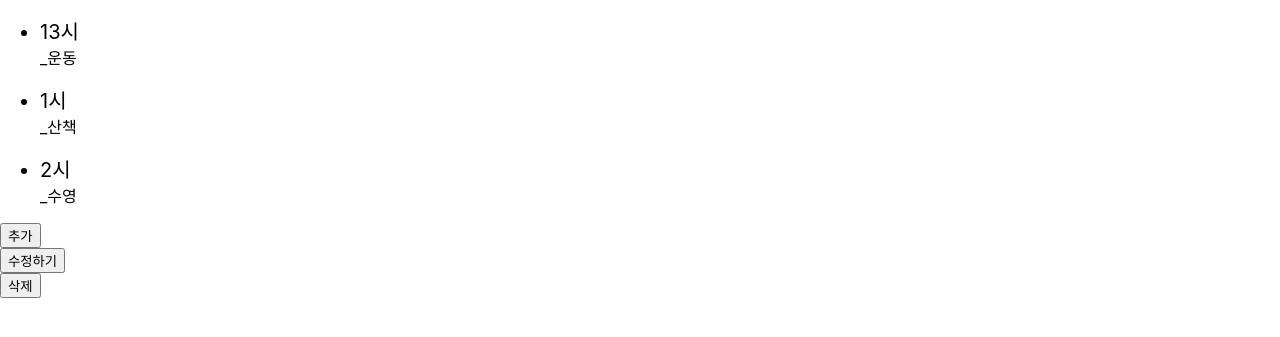
Repository: 0gunkim/REACT-TODO-PRAC
Page: / (app in todo/)
These files come from the project's save history. The page is drawn as it stood at one moment and after a run of saves; the edit follows.
The browser window is 1280 px wide. The pictures show the whole page.
The project was rebuilt for these pictures with package versions that can differ from the ones it lists, and the page was loaded fresh each time.

Above is the page before, as saved 2023-01-04 15:39:33.

After the next 3 saves:
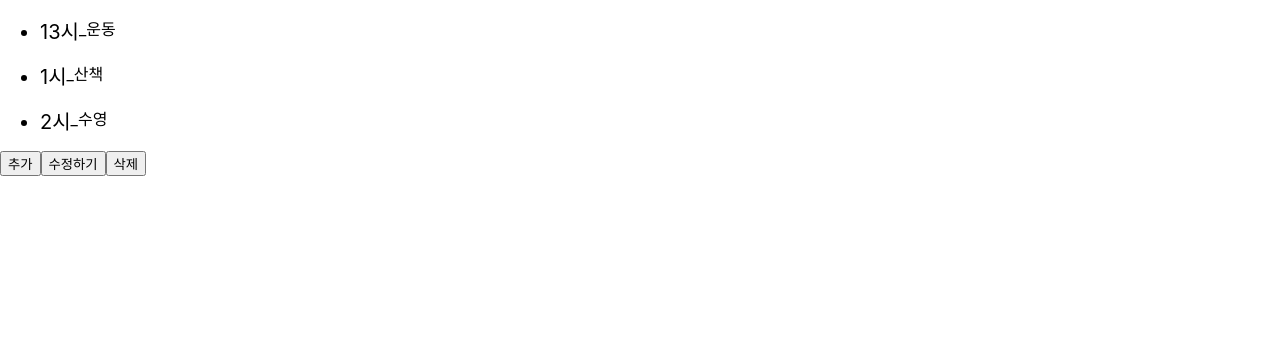
The 3 saves are shown as one change because they came seconds apart.
The last was saved 11 s later.
--- a/todo/src/pages/TodoList.jsx
+++ b/todo/src/pages/TodoList.jsx
@@ -39,8 +39,7 @@ const STTime = styled.li`
 `
 const STList = styled.div`
     display: flex;
-    flex-direction: column;
 `
 const STButton = styled.div`
-    /* display: flex; */
+    display: flex;
 `
